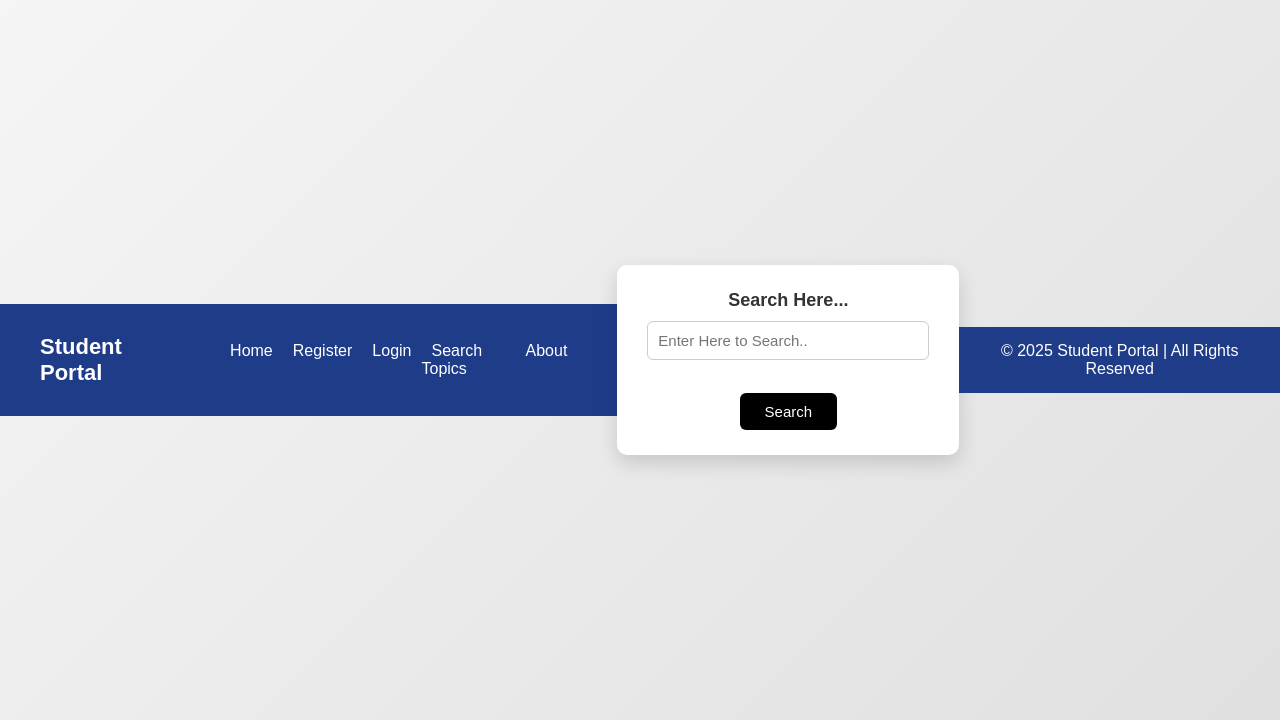
Repository: Tanvisalunkhe/Java_Codes
Page: demo/src/main/webapp/Search.html
The author's editor kept a copy of each file at every save. The page is drawn from the files as they stood at one save, then again after the next save.
The browser window is 1280 px wide. The pictures show the whole page.

Above is the page before, as saved 2025-12-26 06:54:38.

### demo/src/main/webapp/Search.html
<!DOCTYPE html>
<html>
<head>
<meta charset="UTF-8">
<title>Search Page</title>
<style>
body {
    margin: 0;
    padding: 0;
    height: 100vh;
    font-family: Arial, sans-serif;
    background: linear-gradient(135deg, #f5f5f5, #e0e0e0);
    display: flex;
    align-items: center;
    justify-content: center;
}
/* Navbar */
        .navbar {
            background-color: #1f3c88; /* Dark Blue */
            padding: 15px 40px;
            display: flex;
            justify-content: space-between;
            align-items: center;
            margin:auto;
        }

        .navbar h1 {
            color: white;
            font-size: 22px;
        }

        .navbar ul {
            list-style: none;
            display: flex;
        }

        .navbar ul li {
            margin-left: auto;
        }

        .navbar ul li a {
            color: white;
            text-decoration: none;
            font-size: 16px;
            padding: 6px 10px;
        }

        .navbar ul li a:hover {
            background-color: #ffffff;
            color: #1f3c88;
            border-radius: 4px;
        }
form {
    background: #ffffff;
    padding: 25px 30px;
    border-radius: 10px;
    box-shadow: 0 8px 20px rgba(0, 0, 0, 0.15);
    text-align: center;
}

label {
    display: block;
    font-size: 18px;
    font-weight: bold;
    margin-bottom: 10px;
    color: #333;
}

input[type="text"] {
    width: 260px;
    padding: 10px;
    border: 1px solid #ccc;
    border-radius: 6px;
    font-size: 15px;
    outline: none;
}

input[type="text"]:focus {
    border-color: #000;
}

button {
    margin-top: 15px;
    padding: 10px 25px;
    border: none;
    border-radius: 6px;
    background: #000;
    color: #fff;
    font-size: 15px;
    cursor: pointer;
    transition: background 0.3s ease;
}

button:hover {
    background: #333;
}
 /* Footer */
        footer {
            background-color: #1f3c88;
            color: white;
            text-align: center;
            padding: 15px;
            margin-top: auto;
            margin:auto;
        }
</style>
</head>
<body>
<!-- Navigation Bar -->
    <div class="navbar">
        <h1>Student Portal</h1>
        <ul>
            <li><a href="Home.html">Home</a></li>
            <li><a href="register.html">Register</a></li>
            <li><a href="login.html">Login</a></li>
            <li><a href="Search.html">Search Topics</a></li>
            <li><a href="">About</a></li>
        </ul>
    </div>
<form action="search" method="post">
<label>Search Here...</label>
<input type="text" name="search" placeholder="Enter Here to Search.." required>
<br>
<br>
<button type="submit">Search</button>

</form>
<!-- Footer -->
    <footer>
        © 2025 Student Portal | All Rights Reserved
    </footer>
</body>
</html>

After the next save:
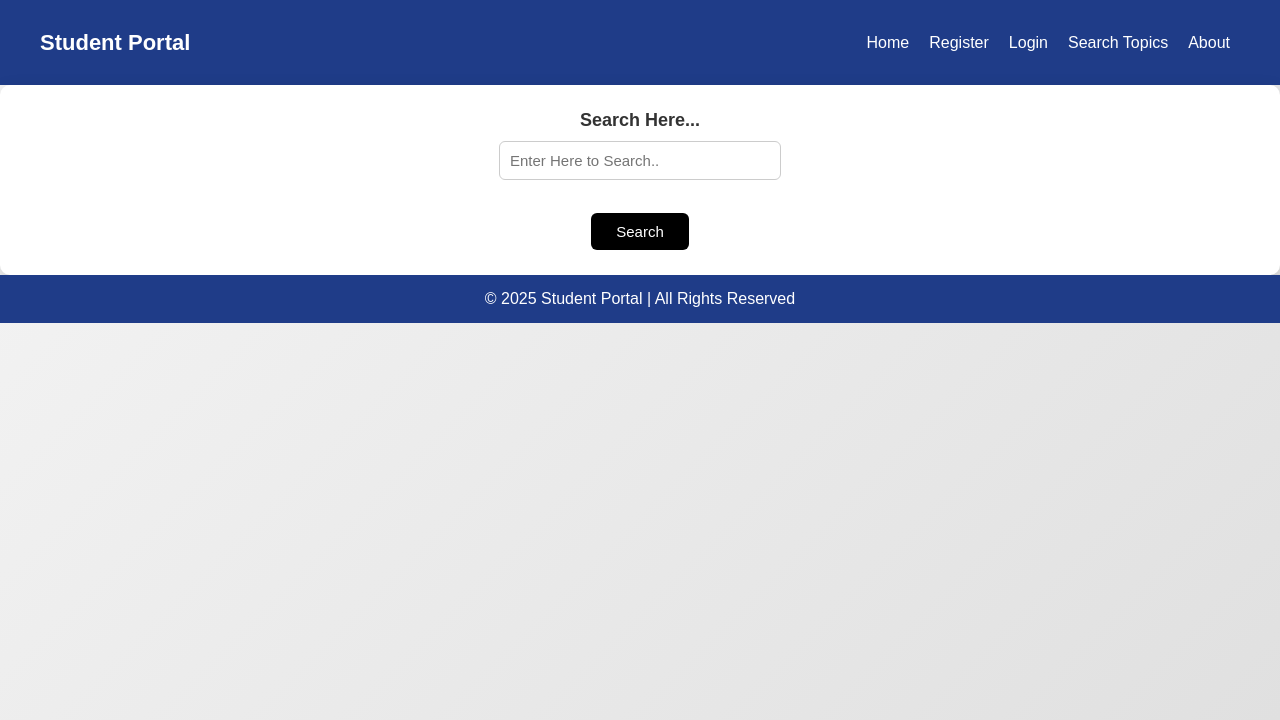
Saved 2 min 16 s later.
--- a/demo/src/main/webapp/Search.html
+++ b/demo/src/main/webapp/Search.html
@@ -10,7 +10,7 @@ body {
     height: 100vh;
     font-family: Arial, sans-serif;
     background: linear-gradient(135deg, #f5f5f5, #e0e0e0);
-    display: flex;
+
     align-items: center;
     justify-content: center;
 }
